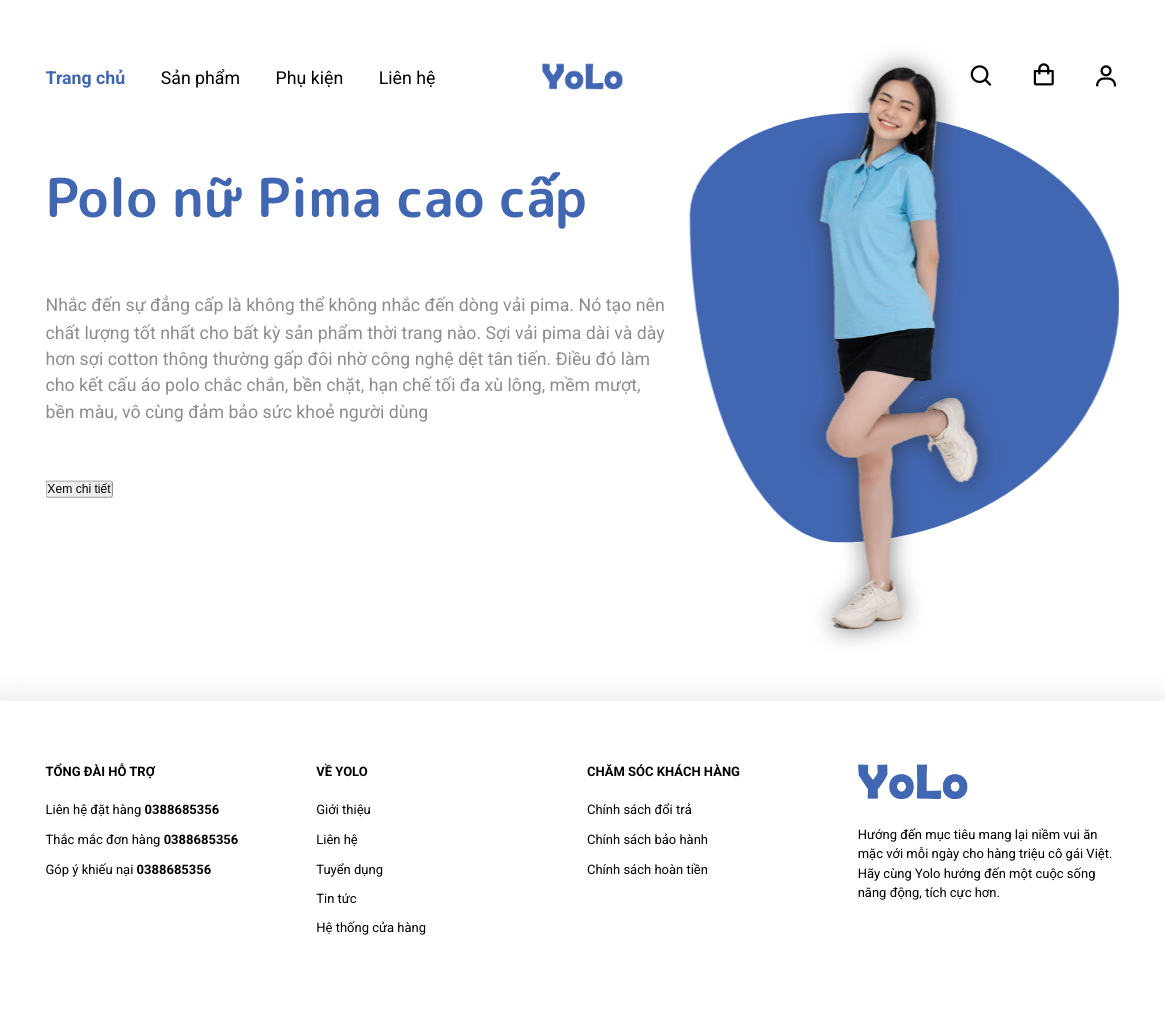
Repository: NguyenThanhBinh1210/Binh-React
Page: / (app in yoloshop/)
These files come from the project's save history. The page is drawn as it stood at one moment and after the next save; the edit follows.
The browser window is 1280 px wide. The pictures show the whole page, at 91% of full size.
The project was rebuilt for these pictures with package versions that can differ from the ones it lists, and the page was loaded fresh each time. A package was used in the major version that the imports need, not the one package.json lists. Also part of the build but not shown: yoloshop/src/pages/Product.jsx, yoloshop/src/pages/Catalog.jsx, yoloshop/src/pages/Cart.jsx, yoloshop/src/pages/Accessory.jsx, yoloshop/src/pages/Contact.jsx.

Above is the page before, as saved 2021-11-25 12:30:51.

After the next save:
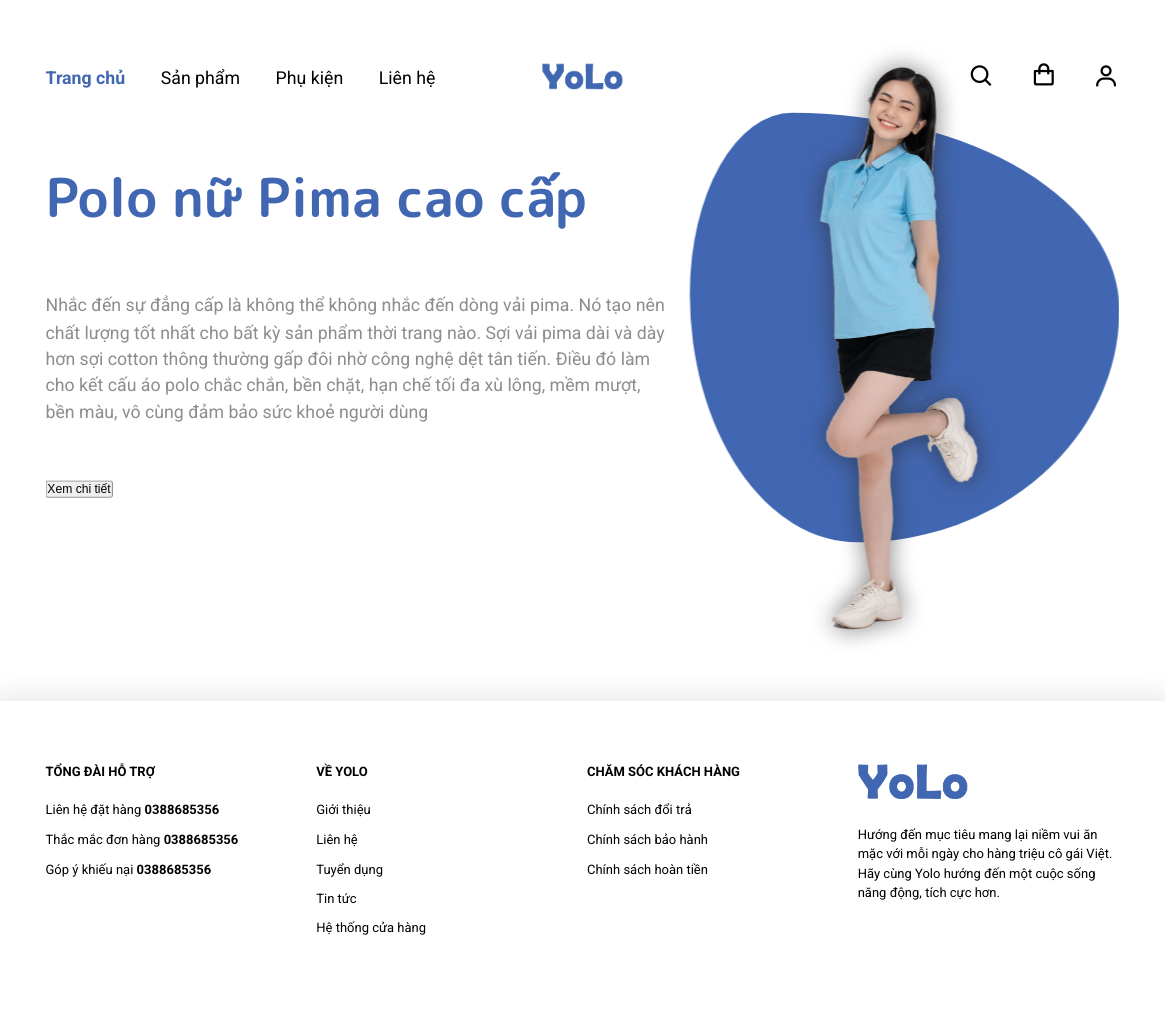
Saved 28 s later.
--- a/yoloshop/src/sass/components/_hero-slider.scss
+++ b/yoloshop/src/sass/components/_hero-slider.scss
@@ -83,7 +83,7 @@
 		border-radius: 30% 70% 70% 30% / 30% 30% 70% 70%;
 	}
 	50% {
-		border-radius: 38% 62% 64% 36% / 22% 42% 58% 78%;
+		border-radius: 20% 80% 59% 41% / 43% 45% 55% 57%;
 	}
 	100% {
 		border-radius: 50% 50% 75% 25% / 36% 52% 48% 64%;
